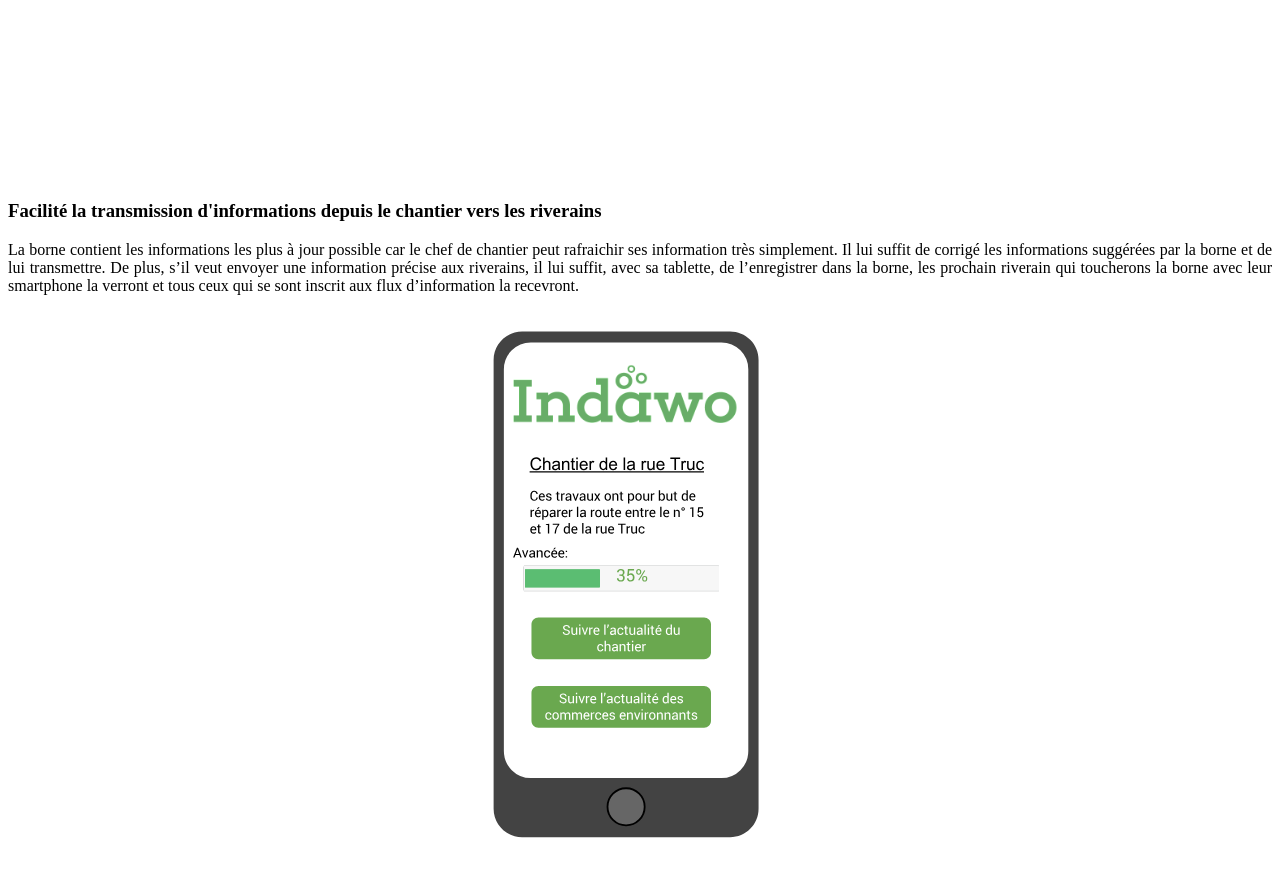
Repository: PierreGauthier/DU-Phase2
Page: duphase2/templates/1worker1.html
The author's editor kept a record of every edit. The page is drawn from the files as they stood at one moment, then again after the next edit.
The browser window is 1280 px wide. The pictures show the whole page.
The template is drawn by Django 2.2. The application's start-up code is not run. Other server files are loaded and not shown. The template is opened directly, without the code that normally fills it, so the values that code supplies are empty.

Above is the page before.

### duphase2/templates/1worker1.html

<div class="ui grid">
   <div class="eight wide column" style="text-align:justify;vertical-align: center;" >
       <h3 style="margin-top:200px;">Facilité la transmission d'informations depuis le chantier vers les riverains</h3>
       <p>La borne contient les informations les plus à jour possible car le chef
       de chantier peut rafraichir ses information très simplement. Il lui suffit
       de corrigé les informations suggérées par la borne et de lui transmettre.
       De plus, s’il veut envoyer une information précise aux riverains,
       il lui suffit, avec sa tablette, de l’enregistrer dans la borne,
       les prochain riverain qui toucherons la borne avec leur smartphone la verront
       et tous ceux qui se sont inscrit aux flux d’information la recevront.</p>
   </div>
   <div class="eight wide column">
       <center><img src='/static/images/indawo_app1.svg' style="width:500px;"/></center>
   </div>
</div>

Loaded but not shown: duphase2/static/images/indawo_app1.svg (3 lines, source omitted)

After the next edit:
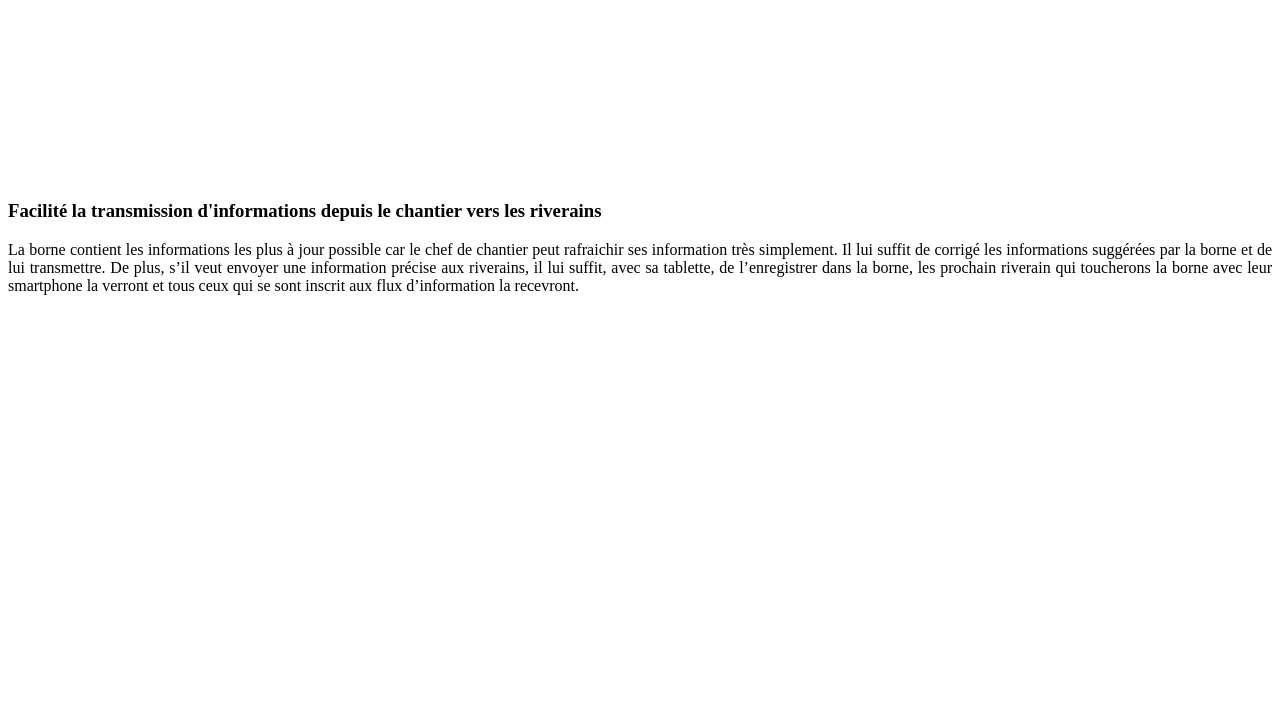
The edit:
--- a/duphase2/templates/1worker1.html
+++ b/duphase2/templates/1worker1.html
@@ -10,7 +10,4 @@
        les prochain riverain qui toucherons la borne avec leur smartphone la verront
        et tous ceux qui se sont inscrit aux flux d’information la recevront.</p>
    </div>
-   <div class="eight wide column">
-       <center><img src='/static/images/indawo_app1.svg' style="width:500px;"/></center>
-   </div>
 </div>
